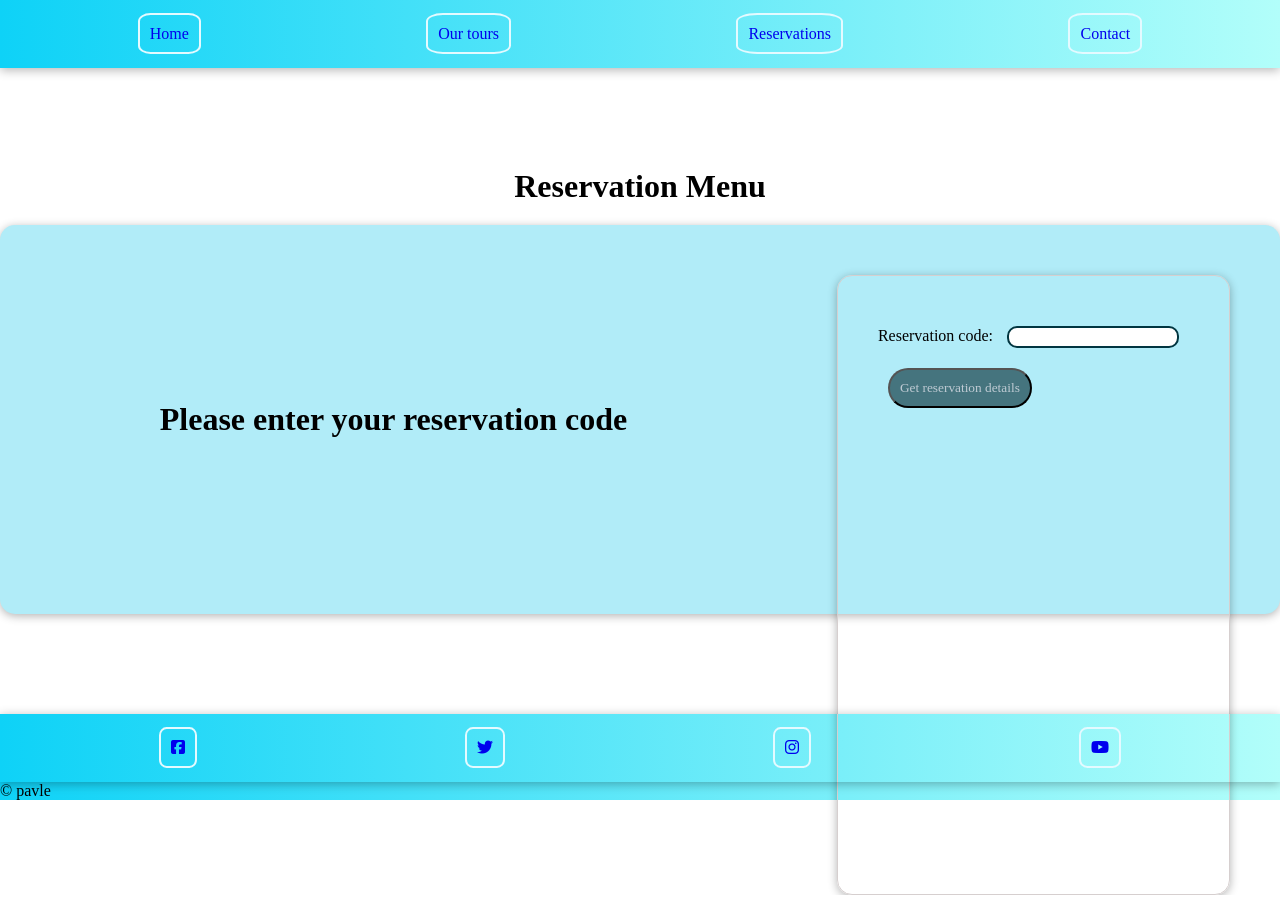
Repository: djpavle/tour_agency
Page: http://localhost/checkReservation/
The author's editor kept a copy of each file at every save. The page is drawn from the files as they stood at one save, then again after the next save.
The browser window is 1280 px wide. The pictures show the whole page.
Some web fonts or font styles are not loaded; a fallback is used. Some web libraries are served in a nearby version. The page is served by the project's application, run on Django 3.2 (manage.py).

Above is the page before, as saved 2020-07-18 14:28:50.

After the next save:
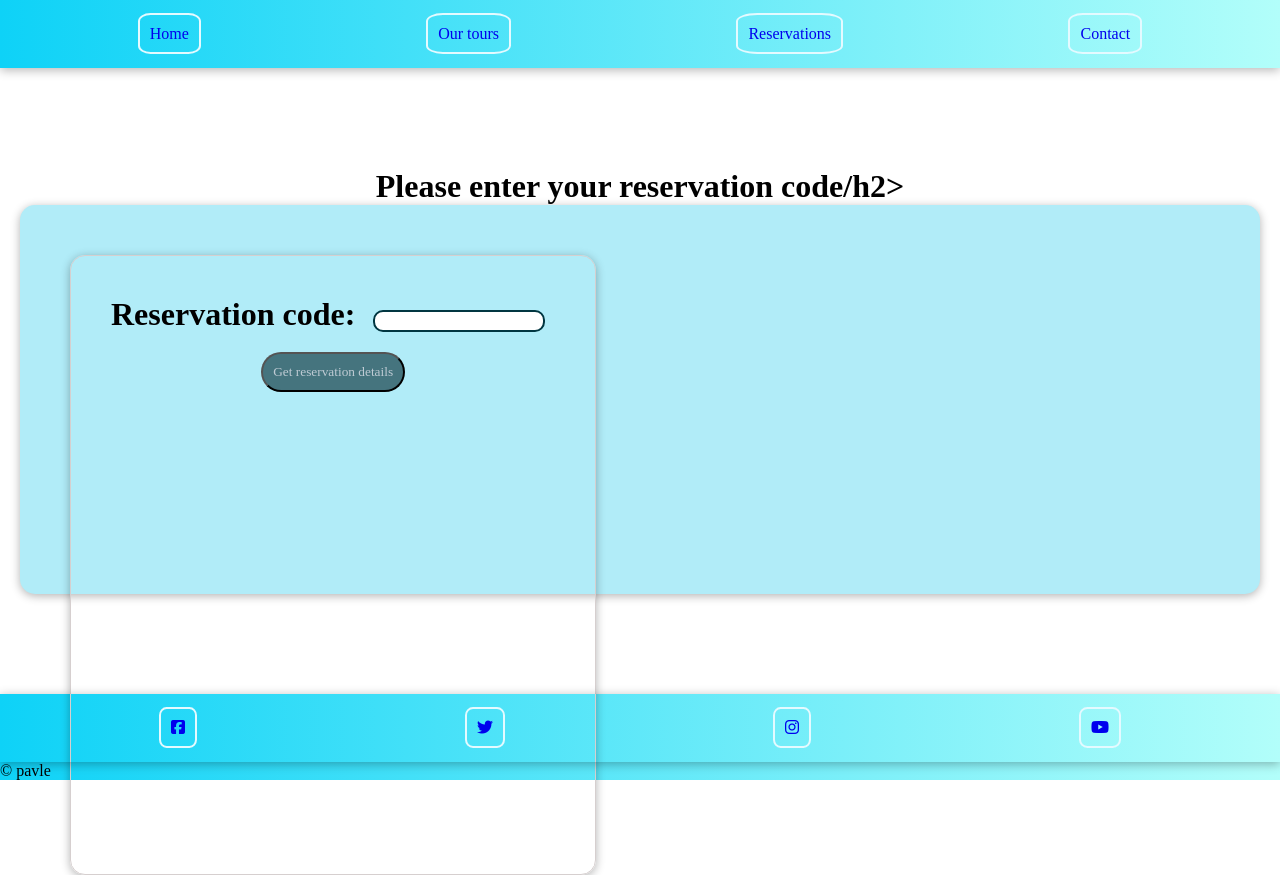
Saved 57 s later.
--- a/aplikacija/templates/aplikacija/checkReservation.html
+++ b/aplikacija/templates/aplikacija/checkReservation.html
@@ -1,9 +1,8 @@
 {% extends 'aplikacija/base.html' %}
 
 {% block content %}
-<h2 id="mostPopularTitle">Reservation Menu</h2>
+<h2 id="mostPopularTitle">Please enter your reservation code/h2>
 <div id=reservationMenu>
-    <h1>Please enter your reservation code</h1>
     <form method="POST" action="{% url 'reservation_details' %}" class="contactFormTab clientForm">
         {{infoMsg}}
 
